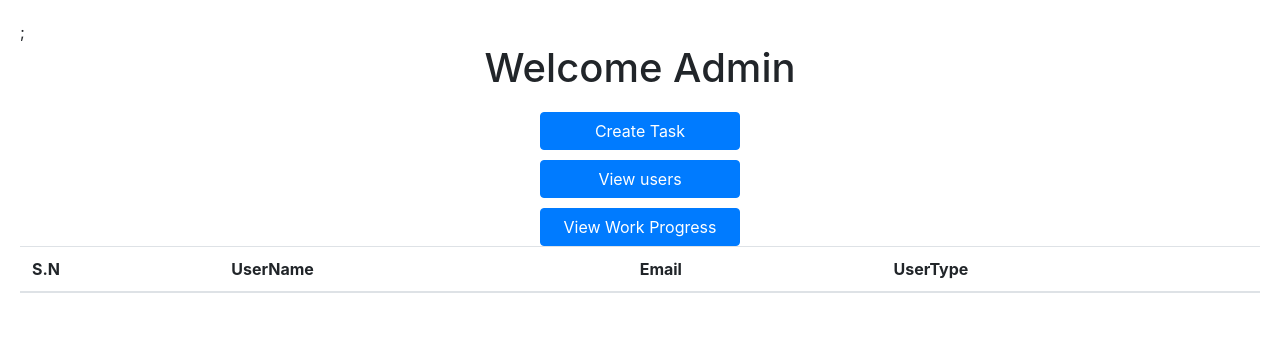
Repository: neha-rouniyar/taskmgmt
Page: http://localhost/admin/view-users
An editor plug-in stored every save of this project. The page is shown before and after the next save, followed by the edit.
The browser window is 1280 px wide. The pictures show the whole page.
Some web libraries are served in a nearby version. The page is served by the project's Laravel application, run on PHP 8.4 with Laravel 10. Other server files are loaded and not shown. Queries for data that is not in the repository find no rows.

Above is the page before, as saved 2023-12-11 15:02:18.

### routes/web.php
<?php

use App\Http\Controllers\AdminController;
use Illuminate\Support\Facades\Route;
use App\Http\Controllers\LoginController;
/*
|--------------------------------------------------------------------------
| Web Routes
|--------------------------------------------------------------------------
|
| Here is where you can register web routes for your application. These
| routes are loaded by the RouteServiceProvider and all of them will
| be assigned to the "web" middleware group. Make something great!
|
*/

Route::get('/', function () {
    return view('welcome');
});
Route::get('/login-form',[LoginController::class,'index'])->name('login.form');
Route::post('/login-form-submit',[LoginController::class,'loginFormSubmit'])->name('login.form.submit');




Route::get('/register-form',[LoginController::class,'index2'])->name('register.form');
Route::post('/register-form-submit',[LoginController::class,'registerFormSubmit'])->name('register.form.submit');


//user dashboard
Route::get('/user-dashboard',[LoginController::class,'userDashboard'])->name('user.dashboard');
Route::get('/admin-dashboard',[LoginController::class,'adminDashboard'])->name('admin.dashboard');


//admin
Route::get('/admin/view-users',[AdminController::class,'viewUsers'])->name('admin.view.users');

### app/Http/Controllers/AdminController.php
<?php

namespace App\Http\Controllers;

use App\Models\User;
use Illuminate\Http\Request;

class AdminController extends Controller
{
    public function viewUsers()
    {
        $users=User::all()->where('usertype','regular');
        // dd($users);
        return view('admin.viewUsers',compact('users'));
    }
}

### resources/views/admin/viewUsers.blade.php
@extends('admin.dashboard');
@section('admin-content')

<table class="table">
    <thead>
      <tr>
        <th scope="col">S.N</th>
        <th scope="col">UserName</th>
        <th scope="col">Email</th>
        <th scope="col">UserType</th>
      </tr>
    </thead>
    <tbody>
        @php
            $i=1;
        @endphp
        @foreach ($users as $data )
      <tr>
        <th>{{$i++}}</th>
        <td>{{$data->username}}</td>
        <td>{{$data->email}}</td>
        <td>{{$data->usertype}}</td>
      </tr>
      @endforeach
    </tbody>
  </table>

@endsection

### resources/views/admin/dashboard.blade.php
<!doctype html>
<html lang="en">
  <head>
    <!-- Required meta tags -->
    <meta charset="utf-8">
    <meta name="viewport" content="width=device-width, initial-scale=1, shrink-to-fit=no">

    <!-- Bootstrap CSS -->
    <link rel="stylesheet" href="https://cdn.jsdelivr.net/npm/bootstrap@4.0.0/dist/css/bootstrap.min.css" integrity="sha384-Gn5384xqQ1aoWXA+058RXPxPg6fy4IWvTNh0E263XmFcJlSAwiGgFAW/dAiS6JXm" crossorigin="anonymous">
    <style>
      body {
          padding: 20px;
      }

      h1 {
          margin-bottom: 20px;
      }

      .btn-container {
          display: flex;
          flex-direction: column;
          gap: 10px;
      }

      .btn-container a {
          text-decoration: none;
      }

      .btn {
          width: 200px;
      }
  </style>
    <title>Hello, world!</title>
  </head>
  <body>
    <div class="container text-center">
        <h1>Welcome Admin</h1>
        <div class="btn-container">
            <a href="">
                <button type="button" class="btn btn-primary">Create Task</button>
            </a>
            <a href="{{route('admin.view.users')}}">
                <button type="button" class="btn btn-primary">View users</button>
            </a>
            <a href="">
                <button type="button" class="btn btn-primary">View Work Progress</button>
            </a>
        </div>
    </div>
    @yield('admin-content')
    <script src="https://code.jquery.com/jquery-3.2.1.slim.min.js" integrity="sha384-KJ3o2DKtIkvYIK3UENzmM7KCkRr/rE9/Qpg6aAZGJwFDMVNA/GpGFF93hXpG5KkN" crossorigin="anonymous"></script>
    <script src="https://cdn.jsdelivr.net/npm/popper.js@1.12.9/dist/umd/popper.min.js" integrity="sha384-ApNbgh9B+Y1QKtv3Rn7W3mgPxhU9K/ScQsAP7hUibX39j7fakFPskvXusvfa0b4Q" crossorigin="anonymous"></script>
    <script src="https://cdn.jsdelivr.net/npm/bootstrap@4.0.0/dist/js/bootstrap.min.js" integrity="sha384-JZR6Spejh4U02d8jOt6vLEHfe/JQGiRRSQQxSfFWpi1MquVdAyjUar5+76PVCmYl" crossorigin="anonymous"></script>
</body>
</html>

Loaded but not shown: app/Http/Controllers/Controller.php (common file); app/Models/User.php (common file)

After the next save:
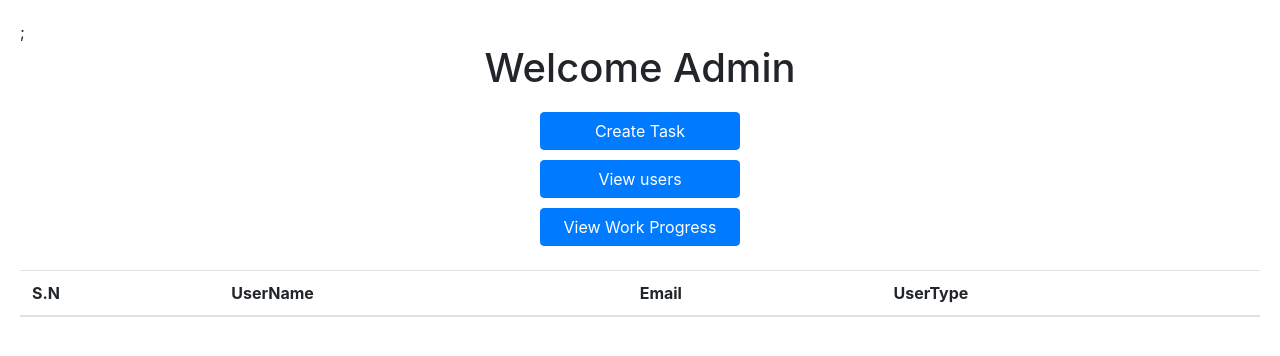
Saved 17 s later.
--- a/resources/views/admin/viewUsers.blade.php
+++ b/resources/views/admin/viewUsers.blade.php
@@ -1,7 +1,7 @@
 @extends('admin.dashboard');
 @section('admin-content')
 
-<table class="table">
+<table class="table mt-4">
     <thead>
       <tr>
         <th scope="col">S.N</th>
